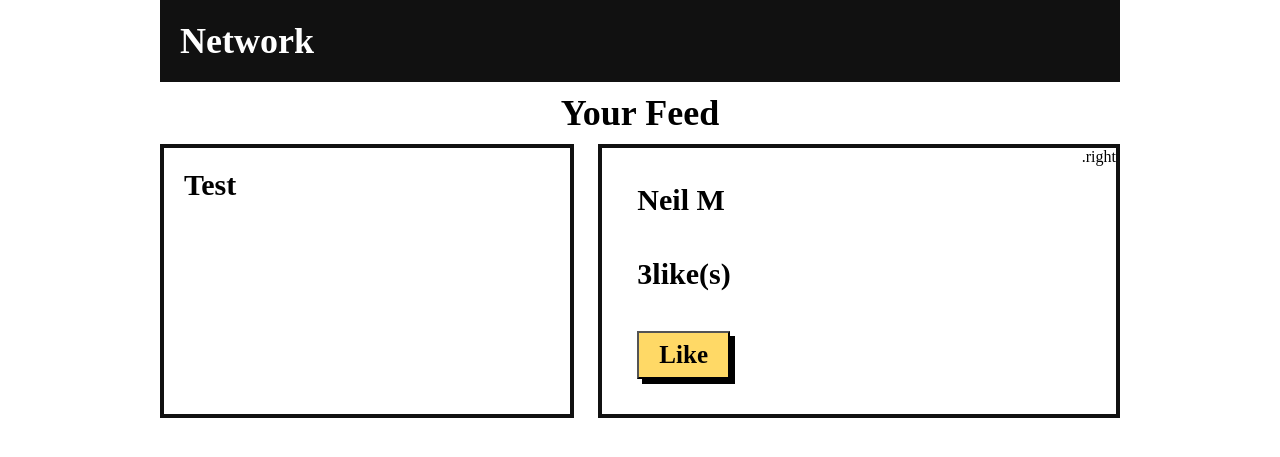
Repository: Blender20/liking_likes
Page: index.html
The author's editor kept a copy of each file at every save. The page is drawn from the files as they stood at one save, then again after a run of saves.
The browser window is 1280 px wide. The pictures show the whole page.
Some web fonts or font styles are not loaded; a fallback is used.

Above is the page before, as saved 2022-03-29 23:09:26.

After the next 2 saves:
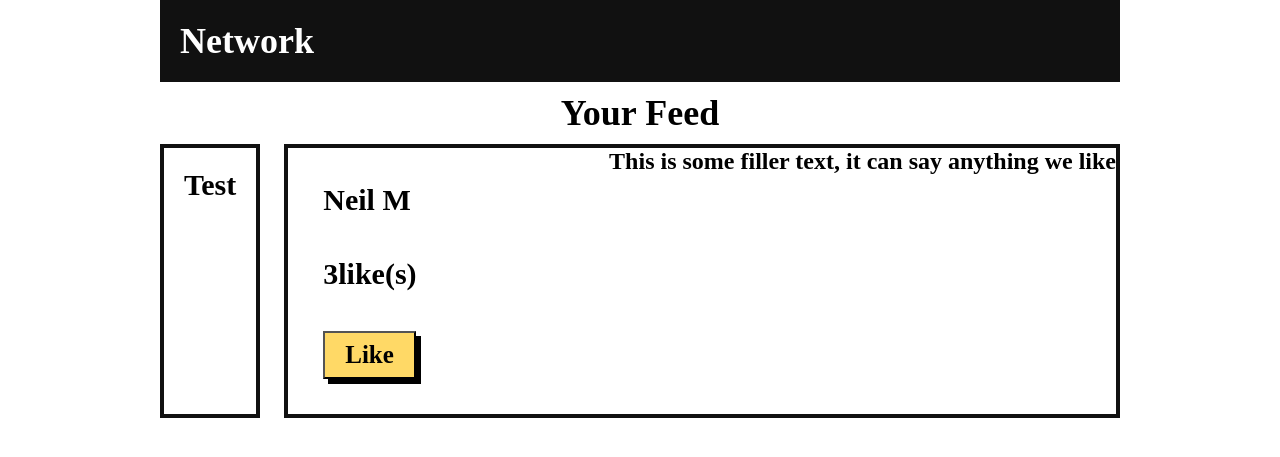
The 2 saves are shown as one change because they came seconds apart.
The last was saved 8 s later.
--- a/index.html
+++ b/index.html
@@ -31,7 +31,9 @@
 
         </div>
         <div class="right"></div>
-        .right
+        <div class="rightBottom">
+          <h2>This is some filler text, it can say anything we like</h2>
+        </div>
     </div>
     </div>
     </div>
